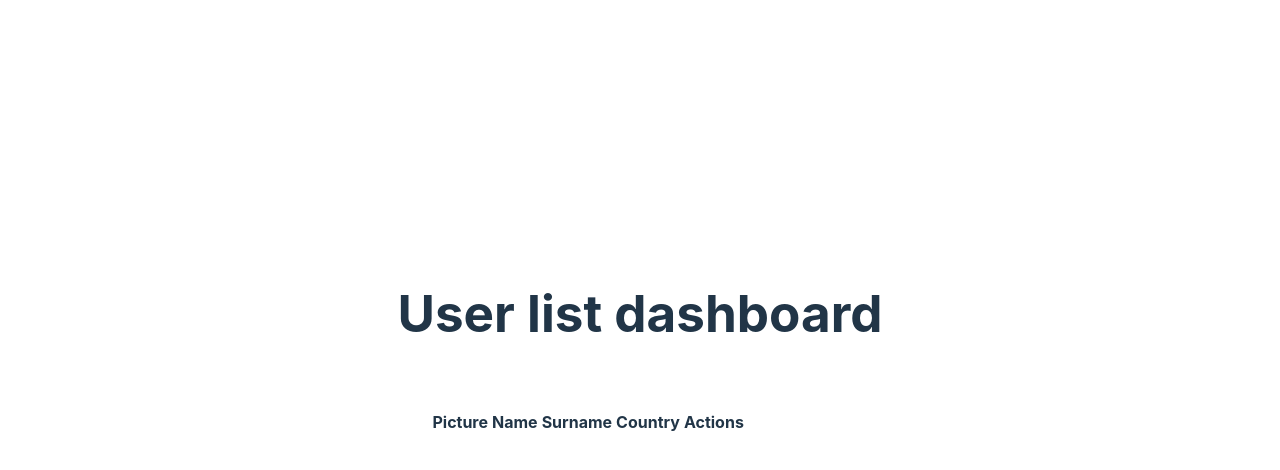
Repository: atzin-escandia/react-typescript-users-dashboard
Page: /
An editor plug-in stored every save of this project. The page is shown before and after a run of saves, followed by the edit.
The browser window is 1280 px wide. The pictures show the whole page.
The page's requests for data from a server got no answer. The project was rebuilt for these pictures with package versions that can differ from the ones it lists, and the page was loaded fresh each time. No one was signed in, and anything a server would have sent is missing. Also part of the build but not shown: vite.config.ts.

Above is the page before, as saved 2023-10-08 21:35:56.

### src/App.tsx
import { useEffect, useState } from "react";
import "./App.css";
import UsersList from "./components/UsersList";

const API_URL = "https://randomuser.me/api/?results=10";
function App() {
  const [users, setUsers] = useState([]);

  useEffect(() => {
    fetch(API_URL)
      .then((res) => res.json())
      .then((res) => setUsers(res.results));
  }, []);

  return (
    <>
      <h1>User list dashboard</h1>
      <section className="card">
        {users && <UsersList users={users}></UsersList>}
      </section>
    </>
  );
}

export default App;

### src/components/UsersList.tsx
import { User } from "../types";

const UsersList = ({ users }) => {
  const TABLE_HEADER = ["Picture", "Name", "Surname", "Country", "Actions"];

  const UserRow = ({ user: { picture, name, location } }) => {
    console.log(user);

    return (
      <tr>
        <td>{<img src={picture.thumbnail} alt="Thumbnail user" />}</td>
        <td>{name.first}</td>
        <td>{name.last}</td>
        <td>{location.country}</td>
        <td></td>
      </tr>
    );
  };

  return (
    <div>
      <table>
        <thead>
          <tr>
            {TABLE_HEADER.map((title: string, index: number) => (
              <th key={index}>{title}</th>
            ))}
          </tr>
        </thead>
        <tbody>
          {users &&
            users.map((user: User, index: number) => {
              {
                JSON.stringify(user);
              }
            })}
        </tbody>
      </table>
    </div>
  );
};

export default UsersList;

Loaded but not shown: index.html (common file); src/main.tsx (common file); src/index.css (common file); src/App.css (common file)

After the next 2 saves:
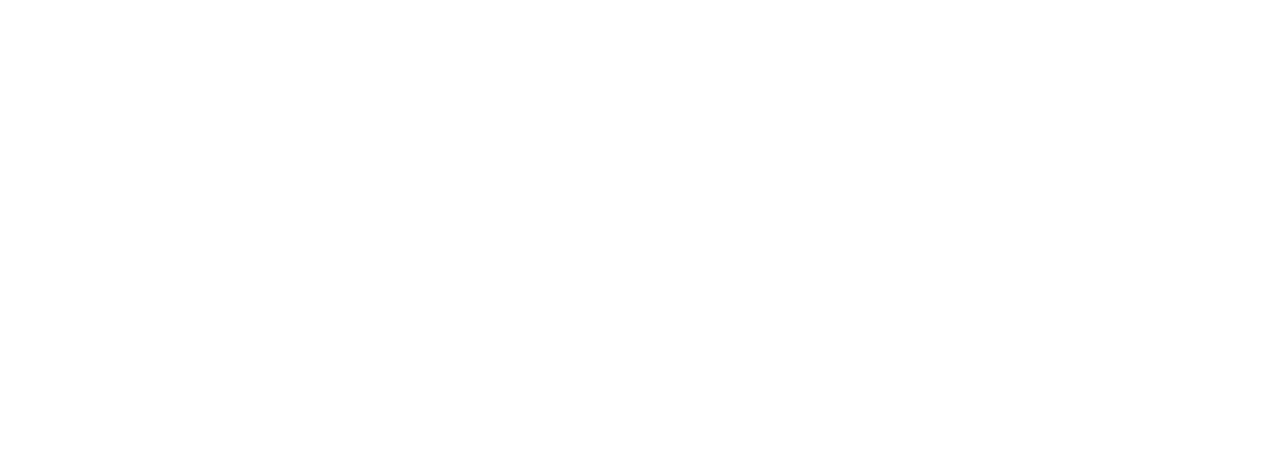
Console error: ReferenceError: Cannot access 'users' before initialization
The 2 saves are shown as one change because 1 did not build or start.
The last was saved 77 s later.
--- a/src/components/UsersList.tsx
+++ b/src/components/UsersList.tsx
@@ -1,6 +1,9 @@
+import { useState } from "react";
 import { User } from "../types";
 
-const UsersList = ({ users }) => {
+const UsersList = ({ allUsers }) => {
+  const [users, setUsers] = useState(users);
+
   const TABLE_HEADER = ["Picture", "Name", "Surname", "Country", "Actions"];
 
   const UserRow = ({ user: { picture, name, location } }) => {

After the 2 saves that followed:
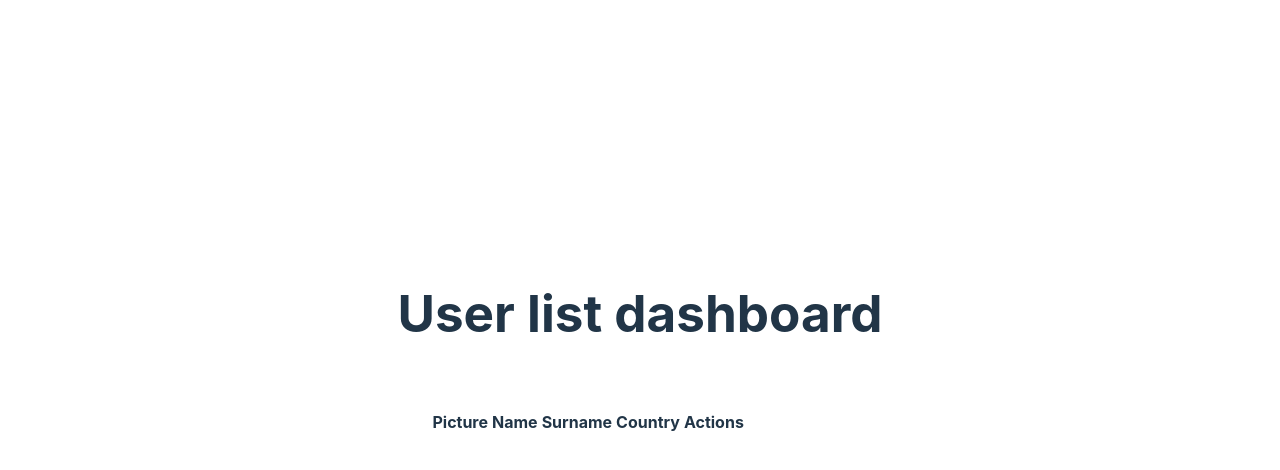
The error is gone.
The 2 saves are shown as one change because 1 left the picture as it was.
The last was saved 12 s later.
--- a/src/App.tsx
+++ b/src/App.tsx
@@ -16,7 +16,7 @@
     <>
       <h1>User list dashboard</h1>
       <section className="card">
-        {users && <UsersList users={users}></UsersList>}
+        {users && <UsersList allUsers={users}></UsersList>}
       </section>
     </>
   );
--- a/src/components/UsersList.tsx
+++ b/src/components/UsersList.tsx
@@ -2,7 +2,7 @@
 import { User } from "../types";
 
 const UsersList = ({ allUsers }) => {
-  const [users, setUsers] = useState(users);
+  const [users, setUsers] = useState(allUsers);
 
   const TABLE_HEADER = ["Picture", "Name", "Surname", "Country", "Actions"];
 
